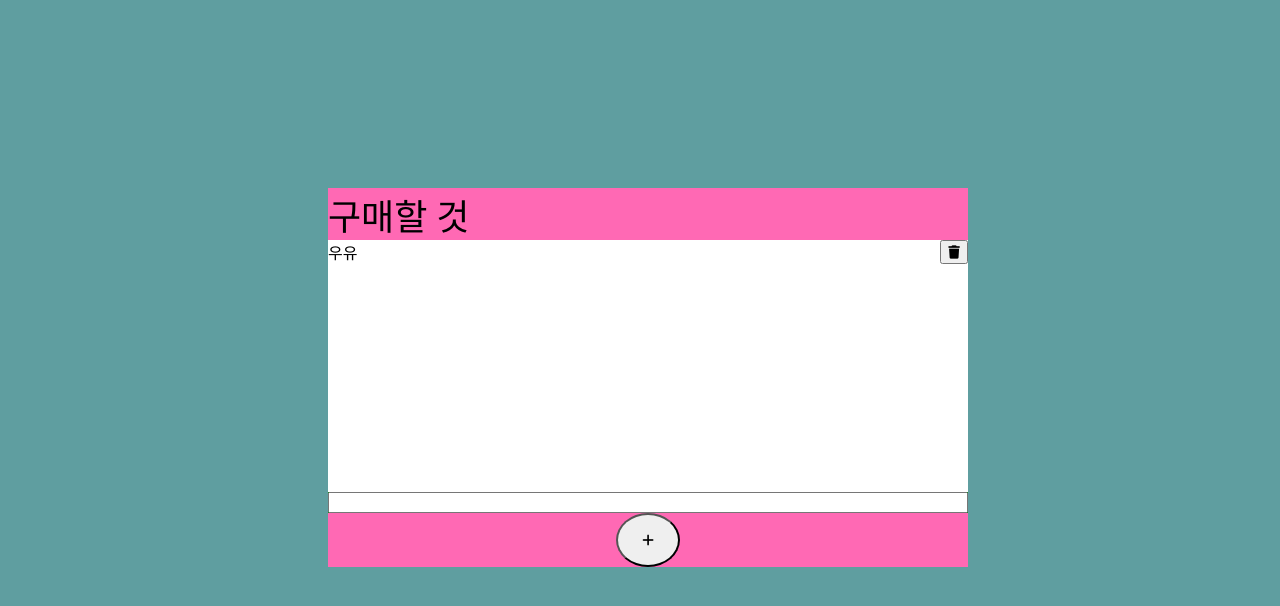
Repository: GoodHoneyCake/Dream_Coding_Academy5
Page: shopping_list/index.html
These files come from the project's save history. The page is drawn as it stood at one moment and after the next save; the edit follows.
The browser window is 1280 px wide. The pictures show the whole page.
Some web libraries are served in a nearby version.

Above is the page before, as saved 2021-01-29 17:24:02.

### shopping_list/index.html
<!DOCTYPE html>
<html lang="en">
  <head>
    <meta charset="UTF-8" />
    <meta name="viewport" content="width=device-width, initial-scale=1.0" />
    <title>Document</title>
    <script
      src="https://kit.fontawesome.com/c90a48a564.js"
      crossorigin="anonymous"
    ></script>
    <link rel="stylesheet" href="style.css" />
    <script src="main.js" defer></script>
  </head>
  <body>
    <section class="shopping-list">
      <header class="header">
        <span class="header__title">구매할 것</span>
      </header>
      <ul class="list">
        <li class="list__item">
          <span class="title">우유</span>
          <button class="remove-btn">
            <i class="fas fa-trash"></i>
          </button>
        </li>
      </ul>
      <input type="text" class="input" />
      <footer class="footer">
        <button class="footer__btn">
          <i class="fas fa-plus"></i>
        </button>
      </footer>
    </section>
  </body>
</html>

### shopping_list/style.css
* {
  box-sizing: border-box;
}

html {
  width: 100%;
  height: 100%;
}

body {
  background-color: cadetblue;
  width: 50%;
  height: 50%;
}

.shopping-list {
  width: 100%;
  height: 100%;
  background-color: forestgreen;
  transform: translate(50%, 50%);
}

.header {
  background-color: hotpink;
}

.header__title {
  font-size: 36px;
}

.list {
  background-color: white;
  height: 70%;
  margin: 0;
  padding: 0;
  list-style: none;
}

.list__item {
  display: flex;
  justify-content: space-between;
}

.input {
  width: 100%;
}

.footer {
  background-color: hotpink;
  height: 15%;
  display: flex;
  justify-content: center;
}
.footer__btn {
  border-radius: 50%;
  width: 10%;
}

Loaded but not shown: shopping_list/main.js (no copy from this time; the picture is the same without it)

After the next save:
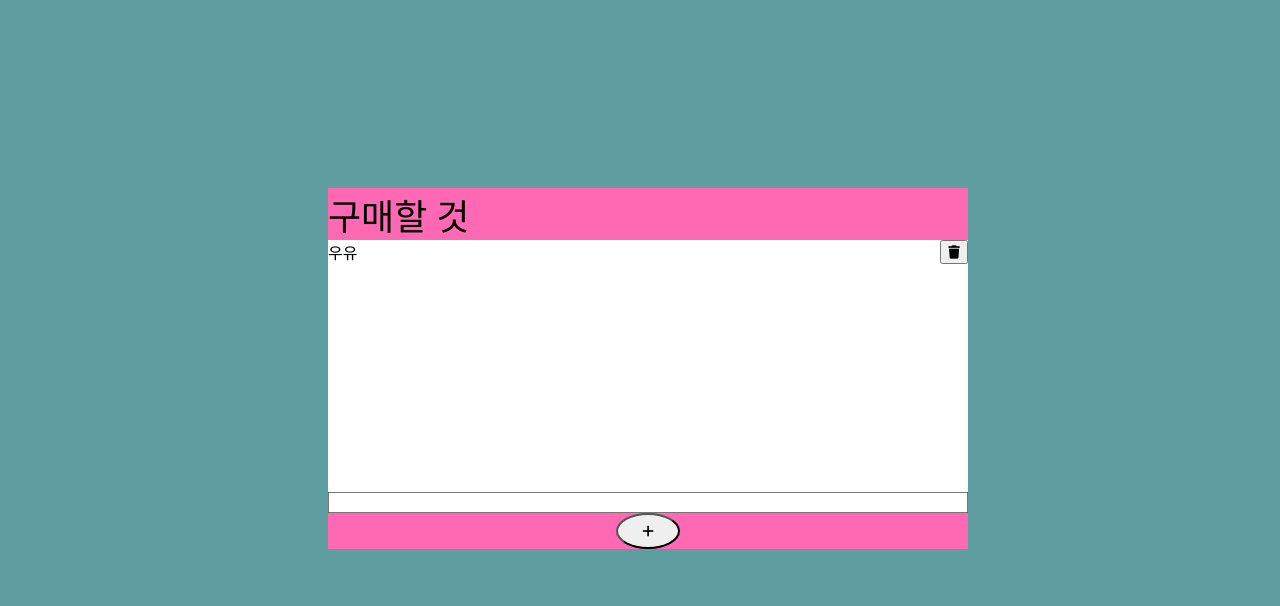
Saved 15 s later.
--- a/shopping_list/style.css
+++ b/shopping_list/style.css
@@ -47,7 +47,7 @@
 
 .footer {
   background-color: hotpink;
-  height: 15%;
+  height: 10%;
   display: flex;
   justify-content: center;
 }

After the save that followed:
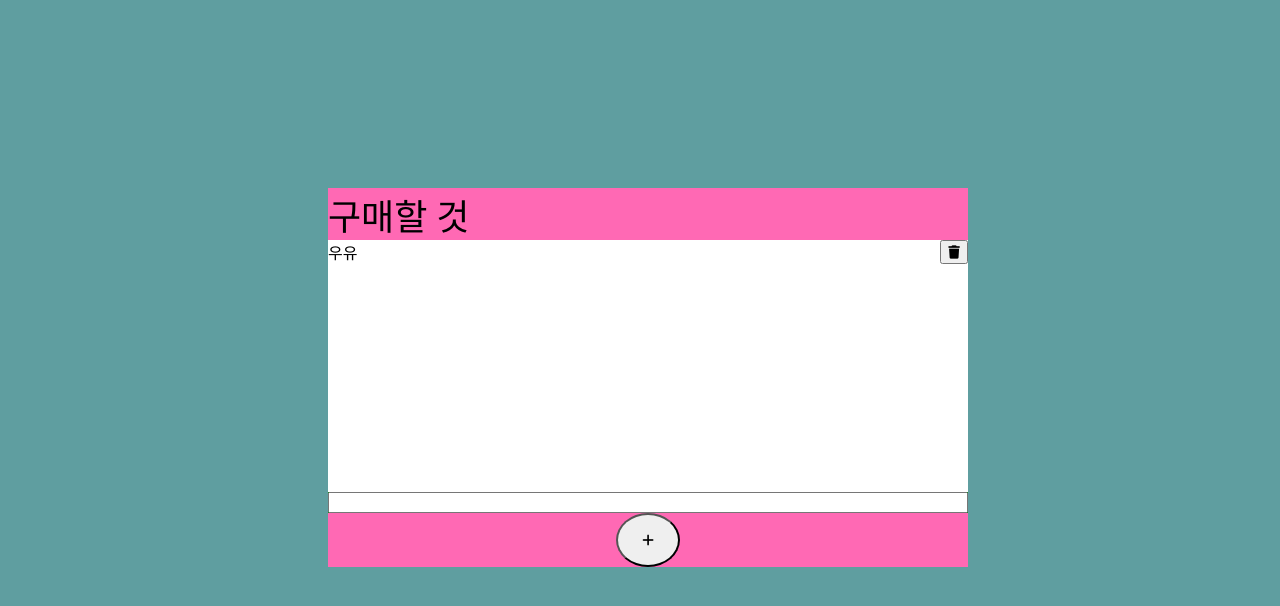
Saved 4 s later.
--- a/shopping_list/style.css
+++ b/shopping_list/style.css
@@ -47,7 +47,7 @@
 
 .footer {
   background-color: hotpink;
-  height: 10%;
+  height: 15%;
   display: flex;
   justify-content: center;
 }
